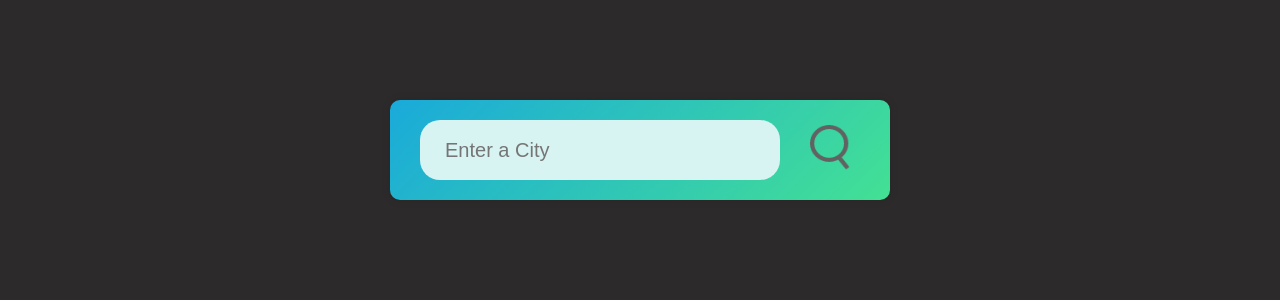
Repository: Haakim19/weatherApp
Page: index.html
The author's editor kept a copy of each file at every save. The page is drawn from the files as they stood at one save, then again after the next save.
The browser window is 1280 px wide. The pictures show the whole page.

Above is the page before, as saved 2024-11-16 21:09:35.

After the next save:
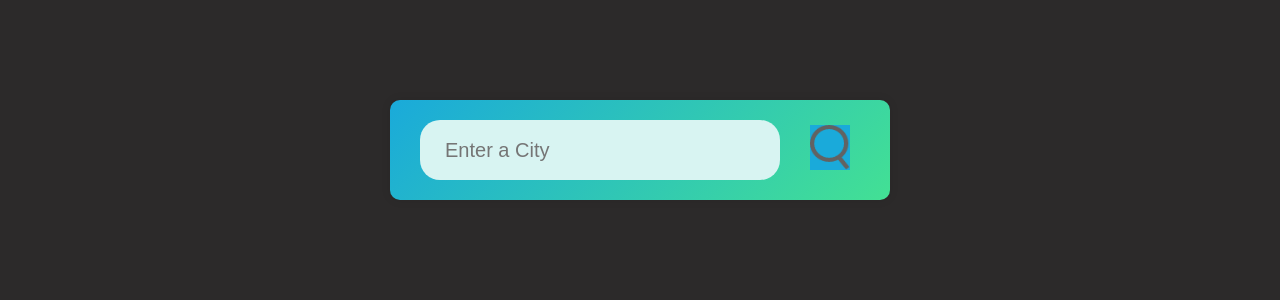
Saved 17 s later.
--- a/style.css
+++ b/style.css
@@ -50,5 +50,5 @@
 .search button img{
     width: 40px;
     height: 45px;
-    color: #fff;
+    background:#1aaada
 }

After the save that followed:
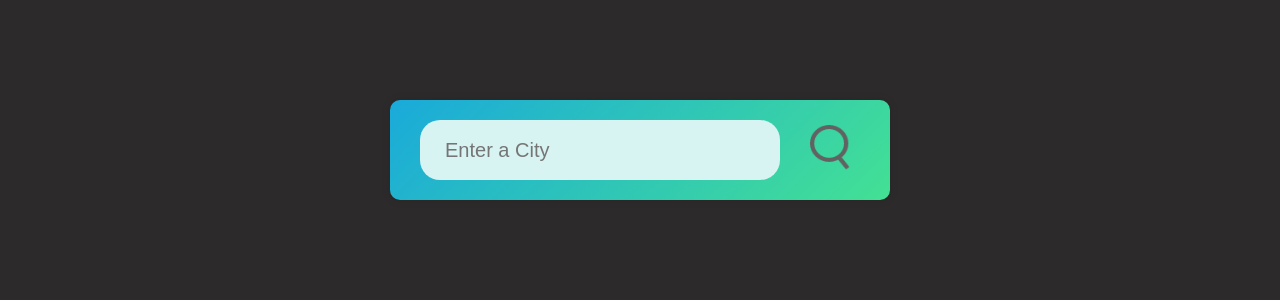
Saved 13 s later.
--- a/style.css
+++ b/style.css
@@ -50,5 +50,5 @@
 .search button img{
     width: 40px;
     height: 45px;
-    background:#1aaada
+
 }
